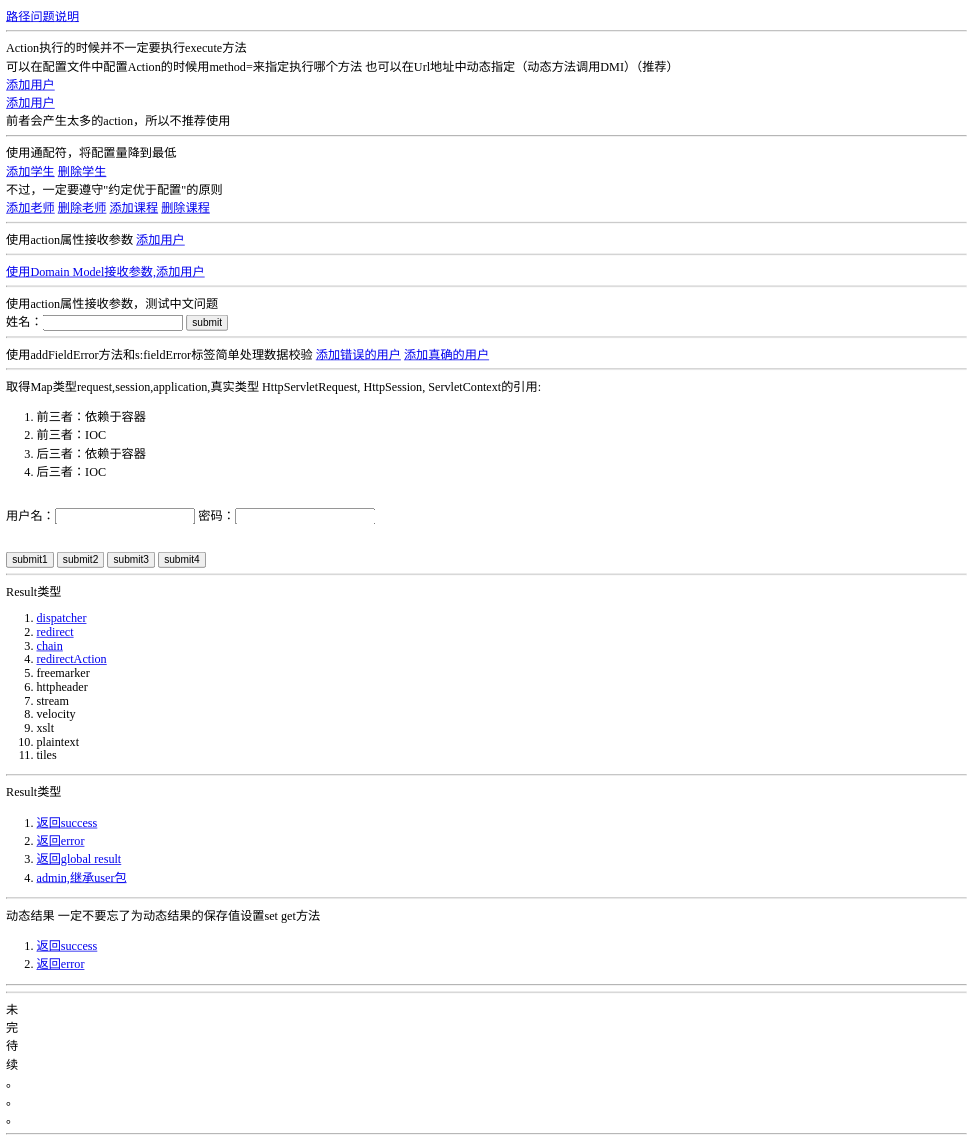
Repository: chellong/StrutsBasic
Page: http://localhost/Struts2.3Sx_1/
The author's editor kept a copy of each file at every save. The page is drawn from the files as they stood at one save, then again after the next save.
The browser window is 1280 px wide. The pictures show the whole page, at 76% of full size.
The page is served by Tomcat 9. Nobody is signed in. The application's start-up code is not run. Other server files are loaded and not shown.

Above is the page before, as saved 2016-01-23 16:40:13.

### Struts2.3Sx_1/WebContent/index.jsp
<?xml version="1.0" encoding="utf-8" ?>
<%@ page language="java" contentType="text/html; charset=utf-8"
	pageEncoding="utf-8"%>

<%
	String path = request.getContextPath();
	String basePath = request.getScheme() + "://" + request.getServerName() + ":" + request.getServerPort()
			+ path + "/";
%>

<!DOCTYPE html PUBLIC "-//W3C//DTD XHTML 1.0 Transitional//EN" "http://www.w3.org/TR/xhtml1/DTD/xhtml1-transitional.dtd">

<html xmlns="http://www.w3.org/1999/xhtml">
<head>
<base href="<%=basePath%>" />
<meta http-equiv="Content-Type" content="text/html; charset=GB18030" />
<title>Insert title here</title>
</head>
<body>
	<a href="path/path.action">路径问题说明</a>
	<hr style="border: 1 dashed #987cb9" />
	Action执行的时候并不一定要执行execute方法
	<br /> 可以在配置文件中配置Action的时候用method=来指定执行哪个方法
	也可以在Url地址中动态指定（动态方法调用DMI）（推荐）
	<br />
	<a href="/user/userAdd">添加用户</a>
	<br />
	<a href="/user/user!add">添加用户</a>
	<br /> 前者会产生太多的action，所以不推荐使用

	<hr style="border: 1 dashed #987cb9" />

	使用通配符，将配置量降到最低
	<br />
	<a href="/actions/Studentadd">添加学生</a>
	<a href="/actions/Studentdelete">删除学生</a>
	<br /> 不过，一定要遵守"约定优于配置"的原则
	<br />
	<a href="/actions/Teacher_add">添加老师</a>
	<a href="/actions/Teacher_delete">删除老师</a>
	<a href="/actions/Course_add">添加课程</a>
	<a href="/actions/Course_delete">删除课程</a>

	<hr style="border: 1 dashed #987cb9" />
	使用action属性接收参数
	<a href="user/user_007?name=a&age=8">添加用户</a>

	<hr style="border: 1 dashed #987cb9" />
	<a href="user/user_008?user.name=a&user.age=8">使用Domain
		Model接收参数,添加用户</a>

	<!--中文问题 -->
	<hr style="border: 1 dashed #987cb9" />
	使用action属性接收参数，测试中文问题
	<form action="user/user_008" method="post">
		姓名：<input type="text" name="name"></input> <input type="submit"
			value="submit" />
	</form>
	<!--数据验证 -->
	<hr style="border: 1 dashed #987cb9" />
	使用addFieldError方法和s:fieldError标签简单处理数据校验
	<a href="user/user_009?name=a">添加错误的用户</a>
	<a href="user/user_009?name=admin">添加真确的用户</a>

	<hr style="border: 1 dashed #987cb9" />
	取得Map类型request,session,application,真实类型 HttpServletRequest,
	HttpSession, ServletContext的引用:
	<ol>
		<li>前三者：依赖于容器</li>
		<!--(只用这种) -->
		<li>前三者：IOC</li>
		<li>后三者：依赖于容器</li>
		<li>后三者：IOC</li>
	</ol>
	<br />
	<form name="f" action="" method="post">
		用户名：<input type="text" name="name" /> 密码：<input type="text"
			name="password" /> <br />
		<br/>
		<br/>
		<input type="button" value="submit1"
			onclick="javascript:document.f.action='login/login1';document.f.submit();" />
		<input type="button" value="submit2"
			onclick="javascript:document.f.action='login/login2';document.f.submit();" />
		<input type="button" value="submit3"
			onclick="javascript:document.f.action='login/login3';document.f.submit();" />
		<input type="button" value="submit4"
			onclick="javascript:document.f.action='login/login4';document.f.submit();" />
	</form>

	<hr style="border: 1 dashed #987cb9" />
	Result类型
	<ol>
	<li><a href="r/r1">dispatcher</a></li>
	<li><a href="r/r2">redirect</a></li>
	<li><a href="r/r3">chain</a></li>
	<li><a href="r/r4">redirectAction</a></li>
	<li>freemarker</li>
	<li>httpheader</li>
	<li>stream</li>
	<li>velocity</li>
	<li>xslt</li>
	<li>plaintext</li>
	<li>tiles</li>
	</ol>

	<hr style="border: 1 dashed #987cb9" />


	Result类型
	<ol>
		<li><a href="user/user_0016?type=1">返回success</a></li>
		<li><a href="user/user_0016?type=2">返回error</a></li>
		<li><a href="user/user_0016?type=3">返回global result</a></li>
		<li><a href="admin/admin">admin,继承user包</a></li>
	</ol>

	<hr style="border: 1 dashed #987cb9" />

	动态结果
	一定不要忘了为动态结果的保存值设置set get方法
	<ol>
	<li><a href="user/user_0017?type=1">返回success</a></li>
	<li><a href="user/user_0017?type=2">返回error</a></li>
	</ol>
	<hr style="border: 1 dashed #987cb9" />

	<hr style="border: 1 dashed #987cb9" />
	未<br/>
	完<br/>
	待<br/>
	续<br/>
	。<br/>
	。<br/>
	。<br/>
	<hr style="border: 1 dashed #987cb9" />
</body>
</html>

After the next save:
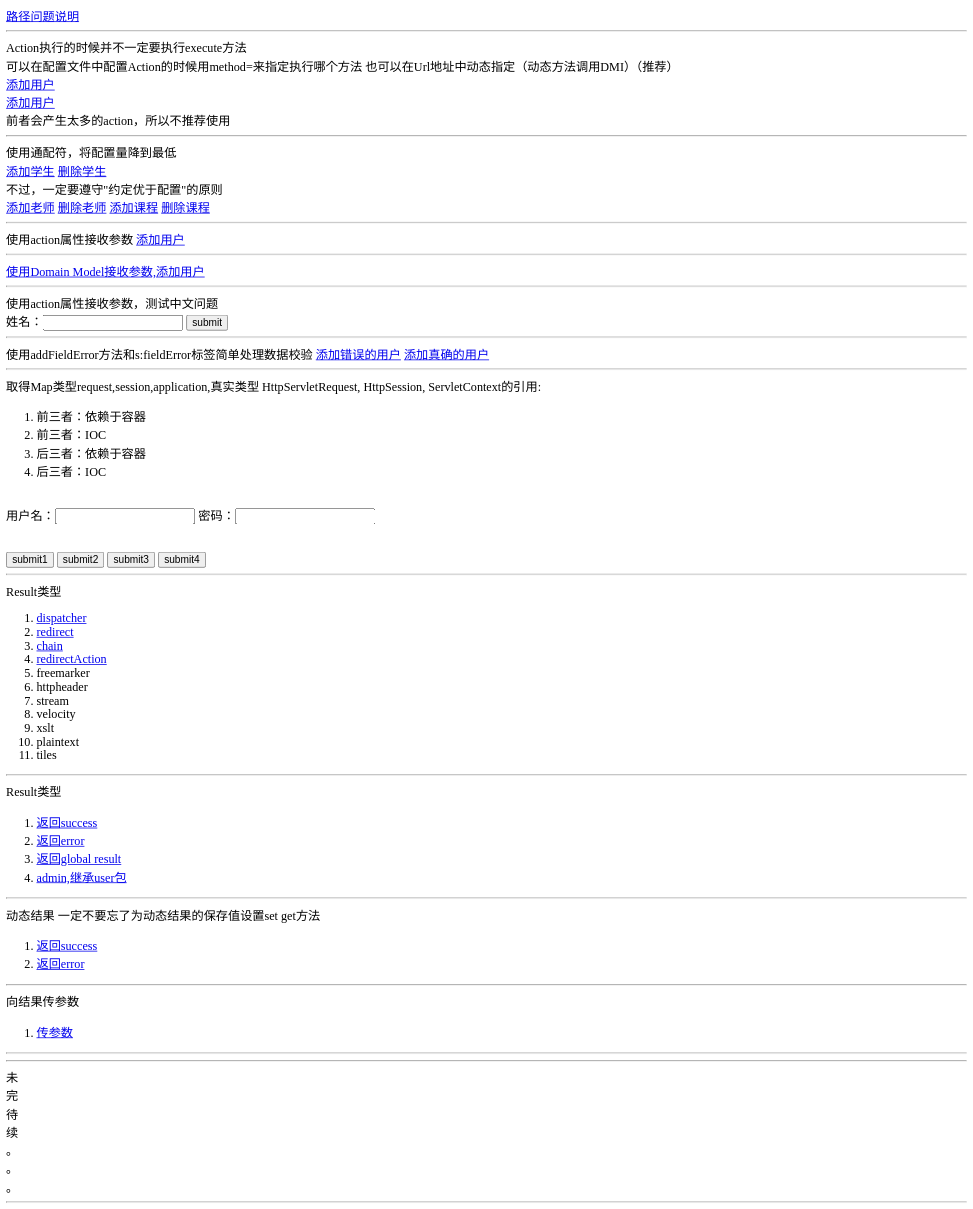
Saved 40 s later.
--- a/Struts2.3Sx_1/WebContent/index.jsp
+++ b/Struts2.3Sx_1/WebContent/index.jsp
@@ -123,8 +123,14 @@
 	<li><a href="user/user_0017?type=1">返回success</a></li>
 	<li><a href="user/user_0017?type=2">返回error</a></li>
 	</ol>
+
 	<hr style="border: 1 dashed #987cb9" />
+	向结果传参数
+<ol>
+	<li><a href="user/user?type=1">传参数</a></li>
+</ol>
 
+	<hr style="border: 1 dashed #987cb9" />
 	<hr style="border: 1 dashed #987cb9" />
 	未<br/>
 	完<br/>
